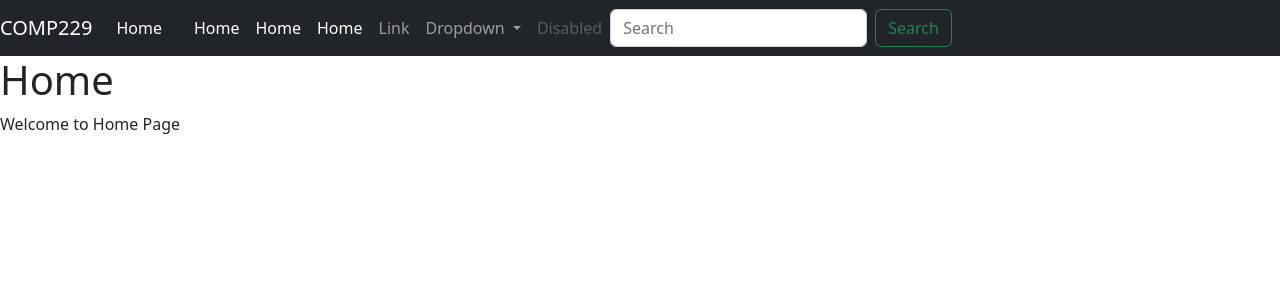
Repository: kaletejas/COMP229_Portfolio
Page: http://localhost/
The author's editor kept a copy of each file at every save. The page is drawn from the files as they stood at one save, then again after the next save.
The browser window is 1280 px wide. The pictures show the whole page.
The page is served by the project's Node server (server.js).

Above is the page before, as saved 2023-01-25 20:52:58.

After the next save:
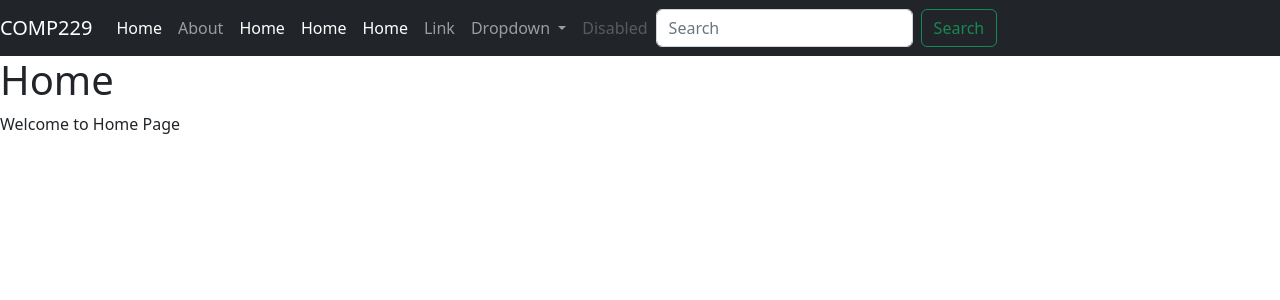
Saved 4 s later.
--- a/WEEK3/views/index.ejs
+++ b/WEEK3/views/index.ejs
@@ -25,7 +25,7 @@
         </li>
 
         <li class="nav-item active">
-          <a class="nav-link" href="/about"></a>
+          <a class="nav-link" href="/about">About</a>
         </li>
         <li class="nav-item">
           <a class="nav-link active" aria-current="page" href="/home">Home</a>
